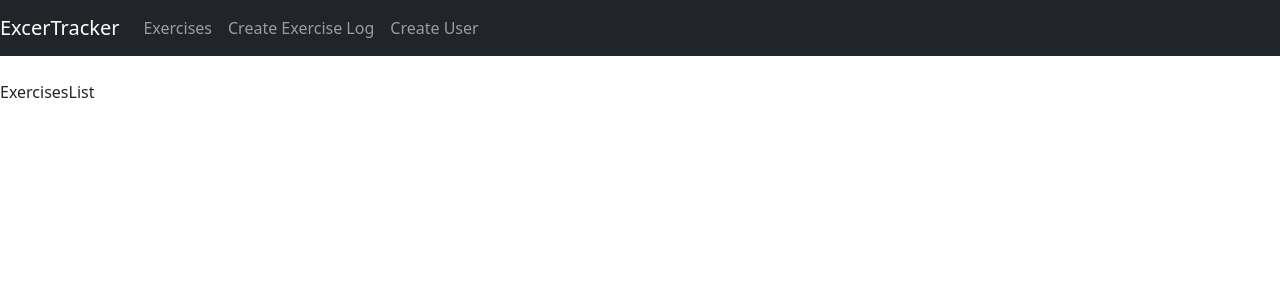
Repository: MarkTFKOP/Exercise_Tracker
Page: /
The author's editor kept a copy of each file at every save. The page is drawn from the files as they stood at one save, then again after the next save.
The browser window is 1280 px wide. The pictures show the whole page.
The project was rebuilt for these pictures with package versions that can differ from the ones it lists, and the page was loaded fresh each time. Also part of the build but not shown: src/components/EditExercise.js, src/components/CreateExercise.js, src/components/CreateUser.js.

Above is the page before, as saved 2021-10-04 16:29:38.

### public/index.html
<!DOCTYPE html>
<html lang="en">
  <head>
    <meta charset="utf-8" />
    <link rel="icon" href="%PUBLIC_URL%/favicon.ico" />
    <meta name="viewport" content="width=device-width, initial-scale=1" />
    <meta name="theme-color" content="#000000" />
    <meta
      name="description"
      content="Web site created using create-react-app"
    />
    <link rel="apple-touch-icon" href="%PUBLIC_URL%/logo192.png" />

    <link rel="manifest" href="%PUBLIC_URL%/manifest.json" />

    <title>Exercise app</title>
  </head>
  <body>
    <noscript>You need to enable JavaScript to run this app.</noscript>
    <div id="root"></div>

  </body>
</html>

### src/App.js
import React from 'react'
import './App.css';
import "bootstrap/dist/css/bootstrap.min.css";
import { BrowserRouter as Router, Route} from "react-router-dom";

import Navbar from './components/Navbar';
import ExercisesList  from './components/ExercisesList';
import EditExercise from './components/EditExercise';
import CreateExercise from './components/CreateExercise';
import CreateUser from './components/CreateUser'

function App() {
  return (
    <Router>
    <div className="main">
    <Navbar/>
    <br/>
    <Route path="/" exact component={ExercisesList} />
    <Route path="/edit/:id" component={EditExercise} />
    <Route path="/create" component={CreateExercise} />
    <Route path="/user" component={CreateUser} />
    </div>
  </Router>
  );
}

export default App;

### src/components/Navbar.js
import React, { Component } from 'react';
import { Link } from 'react-router-dom';

export default class Navbar extends Component {

  render() {
    return (
      <nav className="navbar navbar-dark bg-dark navbar-expand-lg">
        <Link to="/" className="navbar-brand">ExcerTracker</Link>
        <div className="collpase navbar-collapse">
        <ul className="navbar-nav mr-auto">
          <li className="navbar-item">
          <Link to="/" className="nav-link">Exercises</Link>
          </li>
          <li className="navbar-item">
          <Link to="/create" className="nav-link">Create Exercise Log</Link>
          </li>
          <li className="navbar-item">
          <Link to="/user" className="nav-link">Create User</Link>
          </li>
        </ul>
        </div>
      </nav>
    );
  }
}

### src/components/ExercisesList.js
import React, { Component } from 'react';
import { Link } from 'react-router-dom';

export default class ExercisesList extends Component {

    render() {
      return (
          <div>
                ExercisesList
          </div>
      )}}

Loaded but not shown: src/index.js (common file); src/reportWebVitals.js (common file); src/App.css (common file)

After the next save:
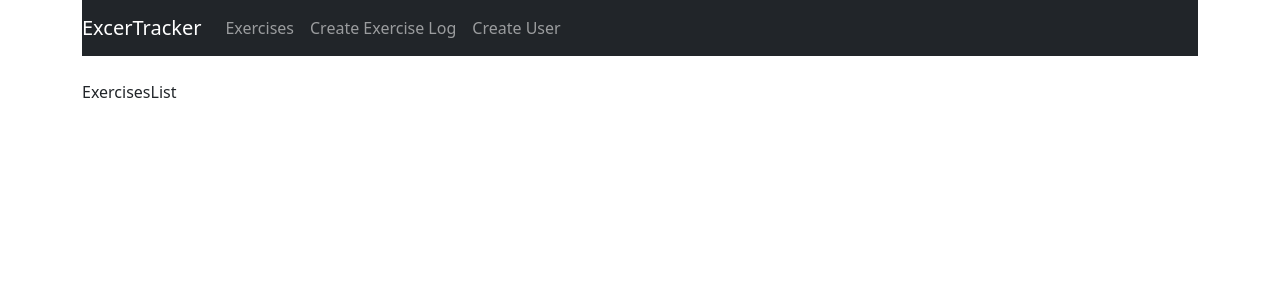
Saved 29 s later.
--- a/src/App.js
+++ b/src/App.js
@@ -12,7 +12,7 @@
 function App() {
   return (
     <Router>
-    <div className="main">
+    <div className="container">
     <Navbar/>
     <br/>
     <Route path="/" exact component={ExercisesList} />

After the save that followed:
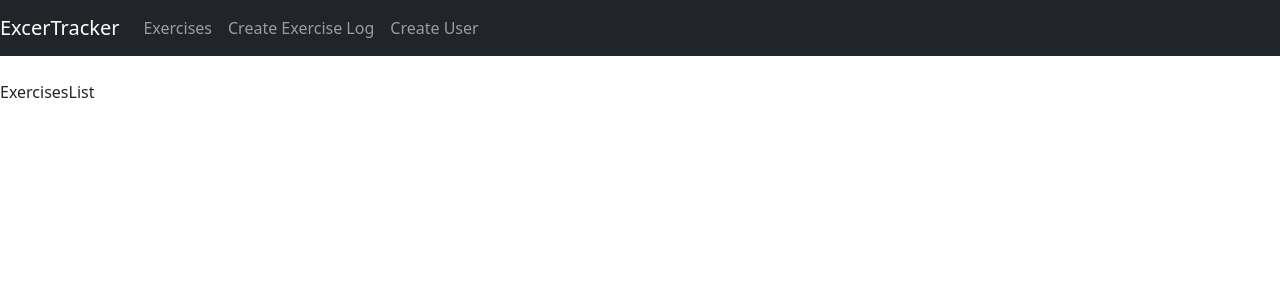
Saved 13 s later.
--- a/src/App.js
+++ b/src/App.js
@@ -12,7 +12,7 @@
 function App() {
   return (
     <Router>
-    <div className="container">
+    <div className="main">
     <Navbar/>
     <br/>
     <Route path="/" exact component={ExercisesList} />
